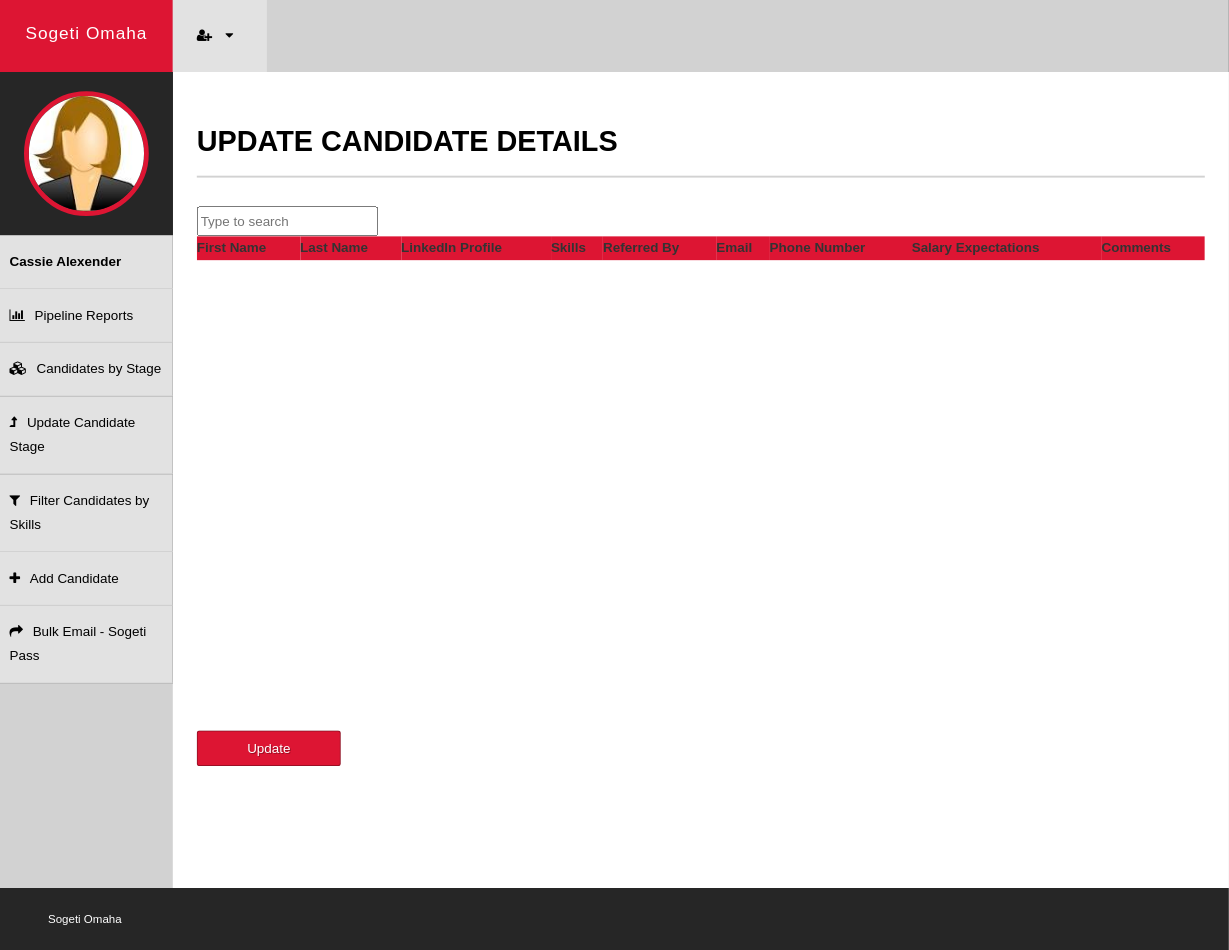
Repository: prasanana/Omaha-Sogeti-Recruiting
Page: http://localhost/Omaha_Sogeti_Recruitment/ModifyCandidateDetails.jsp
An editor plug-in stored every save of this project. The page is shown before and after the next save, followed by the edit.
The browser window is 1280 px wide. The pictures show the whole page, at 96% of full size.
Some web fonts or font styles are not loaded; a fallback is used. The page is served by Tomcat 9.

Above is the page before, as saved 2015-03-26 18:11:02.

After the next save:
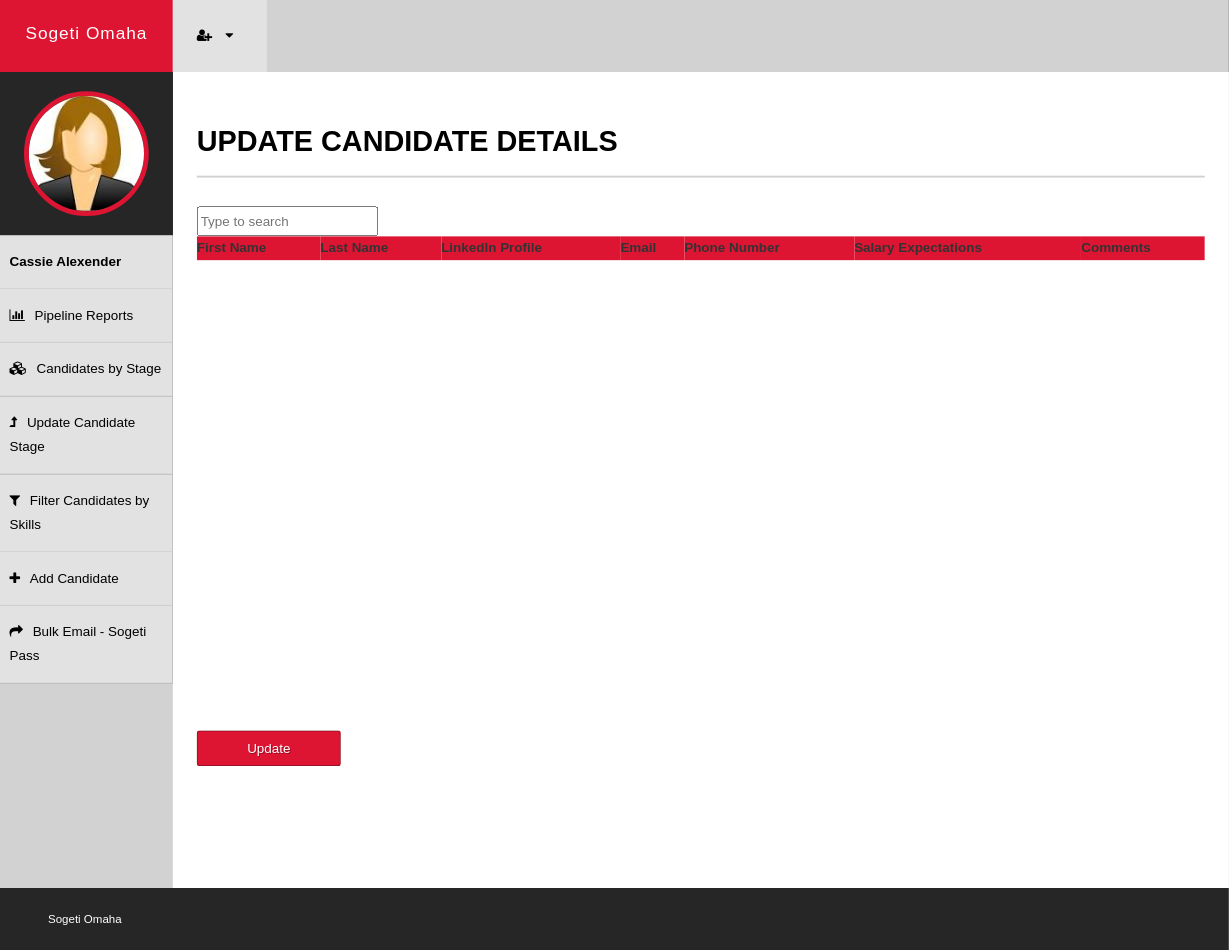
Saved 16 s later.
--- a/OmahaSogetiRecruitingWS/Omaha_Sogeti_Recruitment/WebContent/ModifyCandidateDetails.jsp
+++ b/OmahaSogetiRecruitingWS/Omaha_Sogeti_Recruitment/WebContent/ModifyCandidateDetails.jsp
@@ -104,8 +104,6 @@
 				      <th>First Name</th>
 				      <th>Last Name</th>
 				      <th>LinkedIn Profile</th>
-				      <th>Skills</th>
-				      <th>Referred By</th>
 				      <th>Email</th>
 				      <th>Phone Number</th>
 				      <th>Salary Expectations</th>
